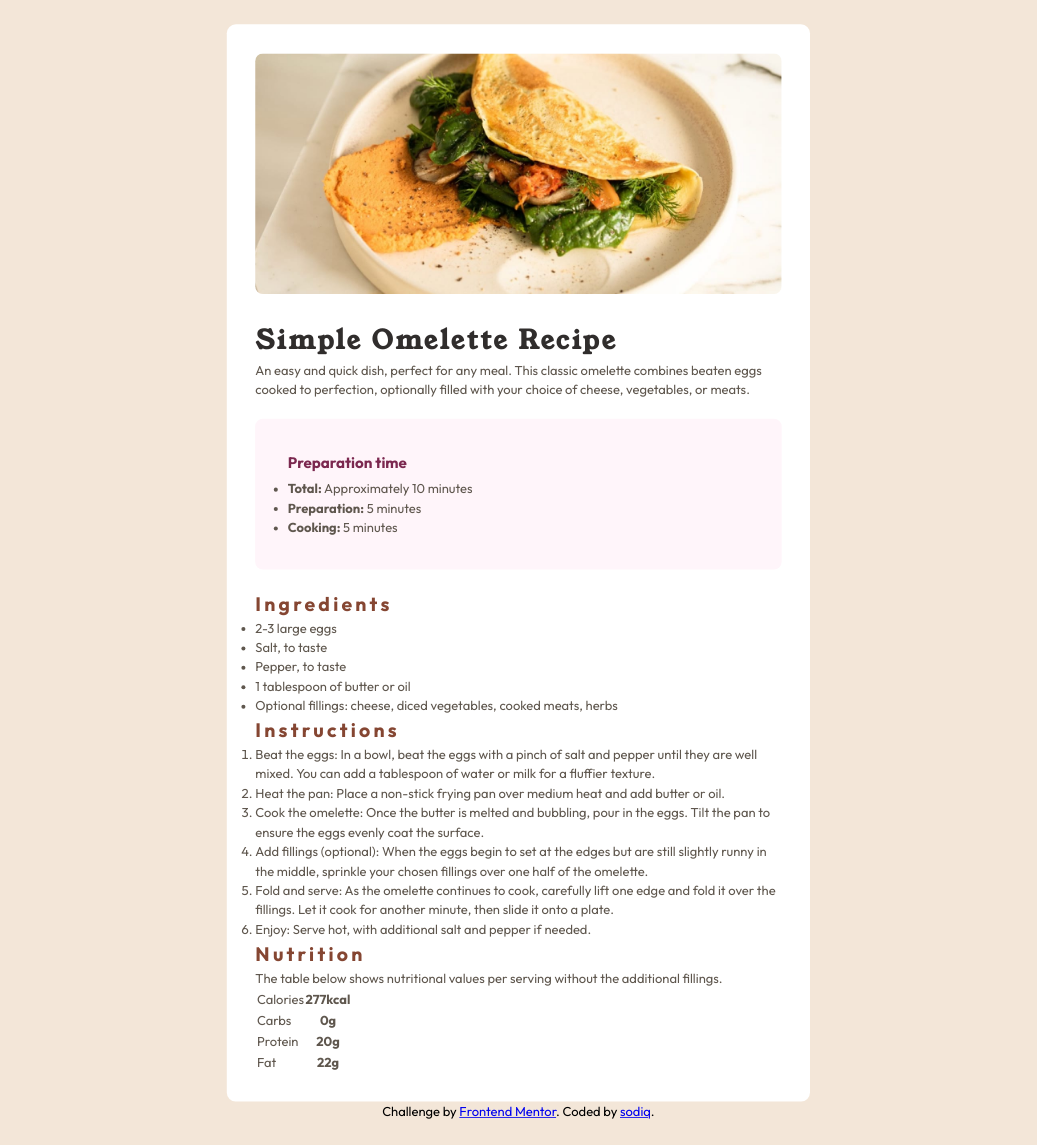
Repository: sodmaq/recipe-page-
Page: index.html
The author's editor kept a copy of each file at every save. The page is drawn from the files as they stood at one save, then again after the next save.
The browser window is 1280 px wide. The pictures show the whole page, at 81% of full size.

Above is the page before, as saved 2024-09-08 04:32:53.

### index.html
<!DOCTYPE html>
<html lang="en">
  <head>
    <meta charset="UTF-8" />
    <meta name="viewport" content="width=device-width, initial-scale=1.0" />
    <link rel="preconnect" href="https://fonts.googleapis.com" />
    <link rel="preconnect" href="https://fonts.gstatic.com" crossorigin />
    <link
      href="https://fonts.googleapis.com/css2?family=Outfit:wght@400;600;700&family=Young+Serif&display=swap"
      rel="stylesheet"
    />
    <link
      rel="icon"
      type="image/png"
      sizes="32x32"
      href="./assets/images/favicon-32x32.png"
    />
    <link rel="stylesheet" href="/style.css" />
    <title>Frontend Mentor | Recipe page</title>
  </head>
  <body>
    <main class="container">
      <img src="/assets/images/image-omelette.jpeg" alt="image-omelette" />
      <div class="heading-text">
        <h1 class="title">Simple Omelette Recipe</h1>
        <p class="paragraph">
          An easy and quick dish, perfect for any meal. This classic omelette
          combines beaten eggs cooked to perfection, optionally filled with your
          choice of cheese, vegetables, or meats.
        </p>
      </div>
      <div class="preparation-section">
        <h3>Preparation time</h3>
        <ul>
          <li><span>Total:</span> Approximately 10 minutes</li>
          <li><span>Preparation:</span> 5 minutes</li>
          <li><span>Cooking:</span> 5 minutes</li>
        </ul>
      </div>
      <section>
        <div class="ingredients">
          <h2>Ingredients</h2>
          <ul>
            <li>2-3 large eggs</li>
            <li>Salt, to taste</li>
            <li>Pepper, to taste</li>
            <li>1 tablespoon of butter or oil</li>
            <li>
              Optional fillings: cheese, diced vegetables, cooked meats, herbs
            </li>
          </ul>
        </div>
        <div class="instructions">
          <ol>
            <h2>Instructions</h2>
            <li>
              <span> Beat the eggs: </span> In a bowl, beat the eggs with a
              pinch of salt and pepper until they are well mixed. You can add a
              tablespoon of water or milk for a fluffier texture.
            </li>
            <li>
              <span> Heat the pan: </span>Place a non-stick frying pan over
              medium heat and add butter or oil.
            </li>
            <li>
              <span> Cook the omelette: </span> Once the butter is melted and
              bubbling, pour in the eggs. Tilt the pan to ensure the eggs evenly
              coat the surface.
            </li>
            <li>
              <span> Add fillings (optional):</span> When the eggs begin to set
              at the edges but are still slightly runny in the middle, sprinkle
              your chosen fillings over one half of the omelette.
            </li>
            <li>
              <span> Fold and serve:</span> As the omelette continues to cook,
              carefully lift one edge and fold it over the fillings. Let it cook
              for another minute, then slide it onto a plate.
            </li>
            <li>
              <span>Enjoy:</span> Serve hot, with additional salt and pepper if
              needed.
            </li>
          </ol>
        </div>
        <div class="nutrition-section">
          <h2>Nutrition</h2>
          <p>
            The table below shows nutritional values per serving without the
            additional fillings.
          </p>
          <table class="table">
            <tr>
              <td>Calories</td>
              <th>277kcal</th>
            </tr>
            <tr>
              <td>Carbs</td>
              <th>0g</th>
            </tr>
            <tr>
              <td>Protein</td>
              <th>20g</th>
            </tr>
            <tr>
              <td>Fat</td>
              <th>22g</th>
            </tr>
          </table>
        </div>
      </section>
    </main>

    <footer class="attribution">
      Challenge by
      <a href="https://www.frontendmentor.io?ref=challenge" target="_blank"
        >Frontend Mentor</a
      >. Coded by <a href="#">sodiq</a>.
    </footer>
  </body>
</html>

### style.css
* {
  margin: 0;
  padding: 0;
  box-sizing: border-box;
}

:root {
  /* Primary color */
  --Nutmeg-color: hsl(14, 45%, 36%);
  --Dark-Raspberry: hsl(332, 51%, 32%);

  /* Neutral color */
  --White-color: hsl(0, 0%, 100%);
  --Rose-White: hsl(330, 100%, 98%);
  --Eggshell-background-color: hsl(30, 54%, 90%);
  --Light-Grey: hsl(30, 18%, 87%);
  --Wenge-Brown: hsl(30, 10%, 34%);
  --Dark-Charcoal: hsl(24, 5%, 18%);
}
body {
  font-family: "Outfit", sans-serif;
  background-color: var(--Eggshell-background-color);
  padding: 1.9rem 2.5rem;
  min-height: 100vh;
  display: flex;
  justify-content: center;
  align-items: center;
  flex-direction: column;
  line-height: 1.5;
}
.preparation-section,
.ingredients {
  margin-top: 1.5rem;
}
.paragraph,
.ingredients,
.instructions,
.instructions li span,
.preparation-section,
.preparation-section li span,
.nutrition-section {
  color: var(--Wenge-Brown);
}

.container {
  background-color: var(--White-color);
  padding: 2.2rem;
  margin: auto;
  max-width: 45rem;
  border-radius: 0.7rem;
}
img {
  max-width: 100%;
  border-radius: 0.6rem;
}
.title {
  font-family: "Young Serif", serif;
  margin-top: 1.8rem;
  letter-spacing: 0.2rem;
  color: var(--Dark-Charcoal);
}
.title {
  font-family: "Young Serif", serif;
  margin-top: 1.8rem;
  letter-spacing: 0.2rem;
  color: var(--Dark-Charcoal);
}
.preparation-section {
  font-family: "Outfit", sans-serif;
  background: var(--Rose-White);
  padding: 2.5rem;
  border-radius: 0.6rem;
}

.preparation-section h3 {
  color: var(--Dark-Raspberry);
  font-weight: bold;
  margin-bottom: 5px;
}

.preparation-section li span {
  font-weight: bold;
}
.ingredients h2,
.instructions h2,
.nutrition-section h2 {
  letter-spacing: 4px;
  color: var(--Nutmeg-color);
}

After the next save:
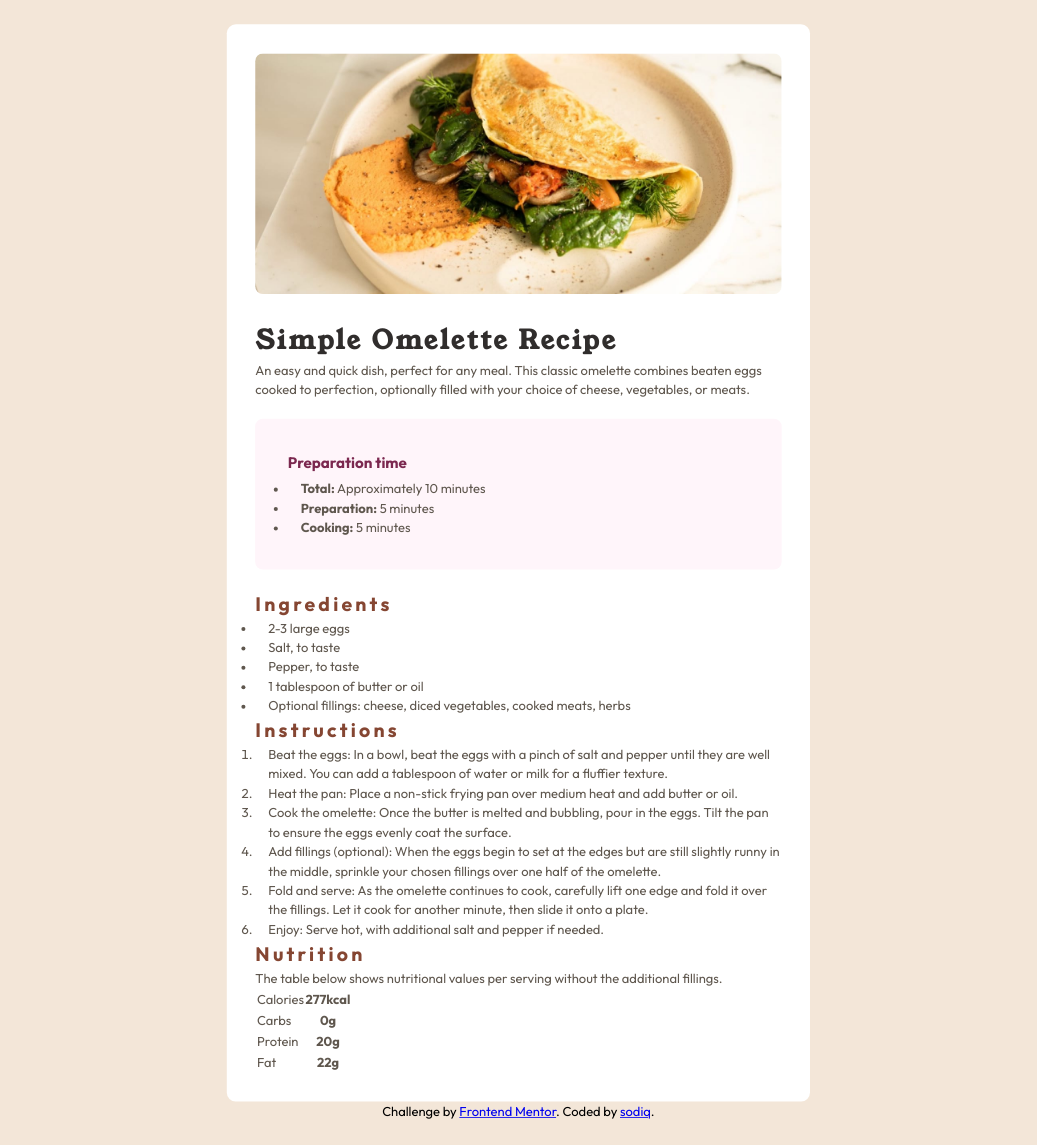
Saved 47 s later.
--- a/style.css
+++ b/style.css
@@ -87,3 +87,7 @@ img {
   letter-spacing: 4px;
   color: var(--Nutmeg-color);
 }
+ul li,
+ol li {
+  padding-left: 1rem;
+}
